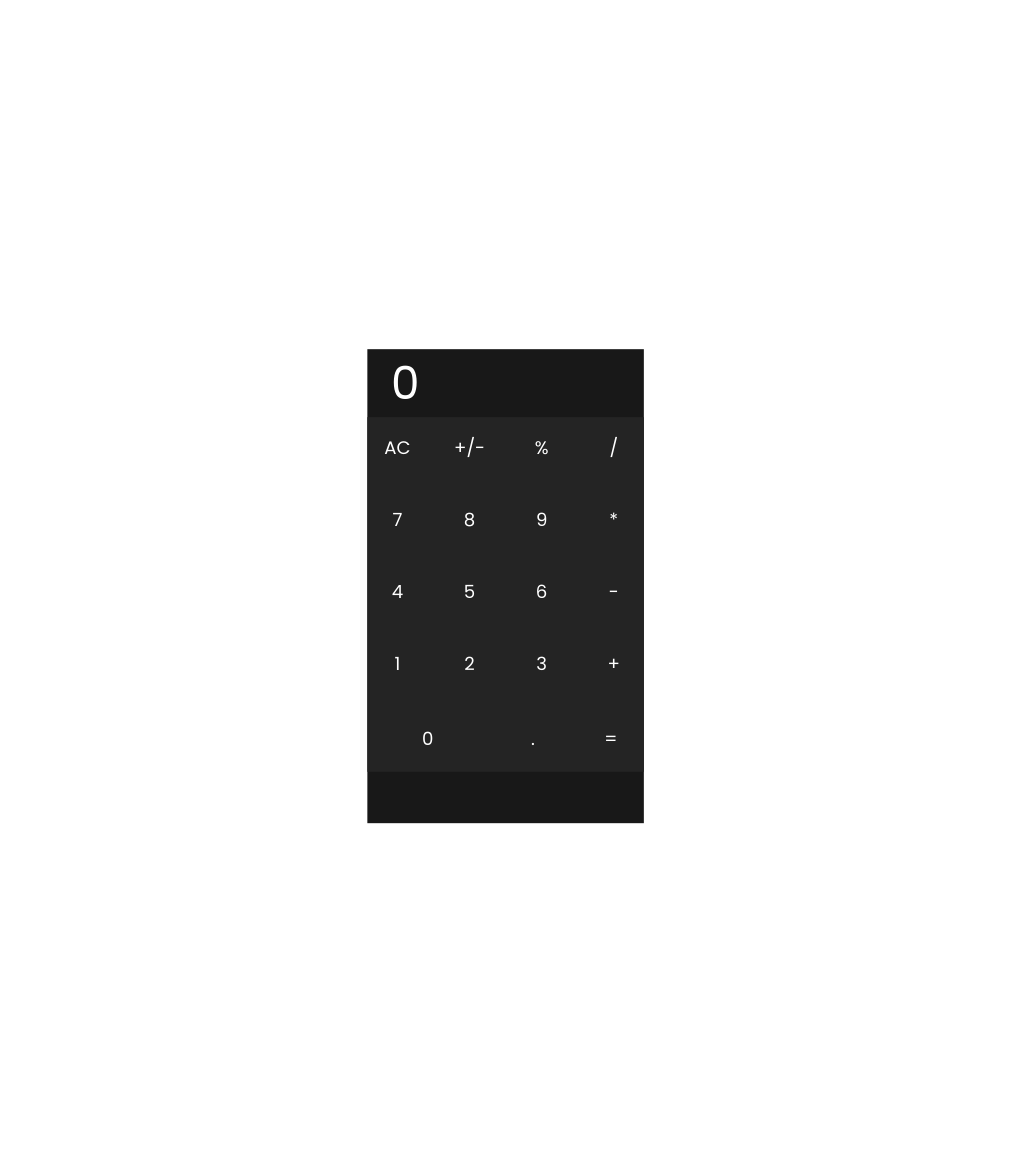
Repository: minhtien9/Calculator
Page: /
The author's editor kept a copy of each file at every save. The page is drawn from the files as they stood at one save, then again after the next save.
The browser window is 1280 px wide. The pictures show the whole page, at 79% of full size.
The project was rebuilt for these pictures with package versions that can differ from the ones it lists, and the page was loaded fresh each time. Also part of the build but not shown: src/App.css.

Above is the page before, as saved 2022-07-21 18:38:16.

After the next save:
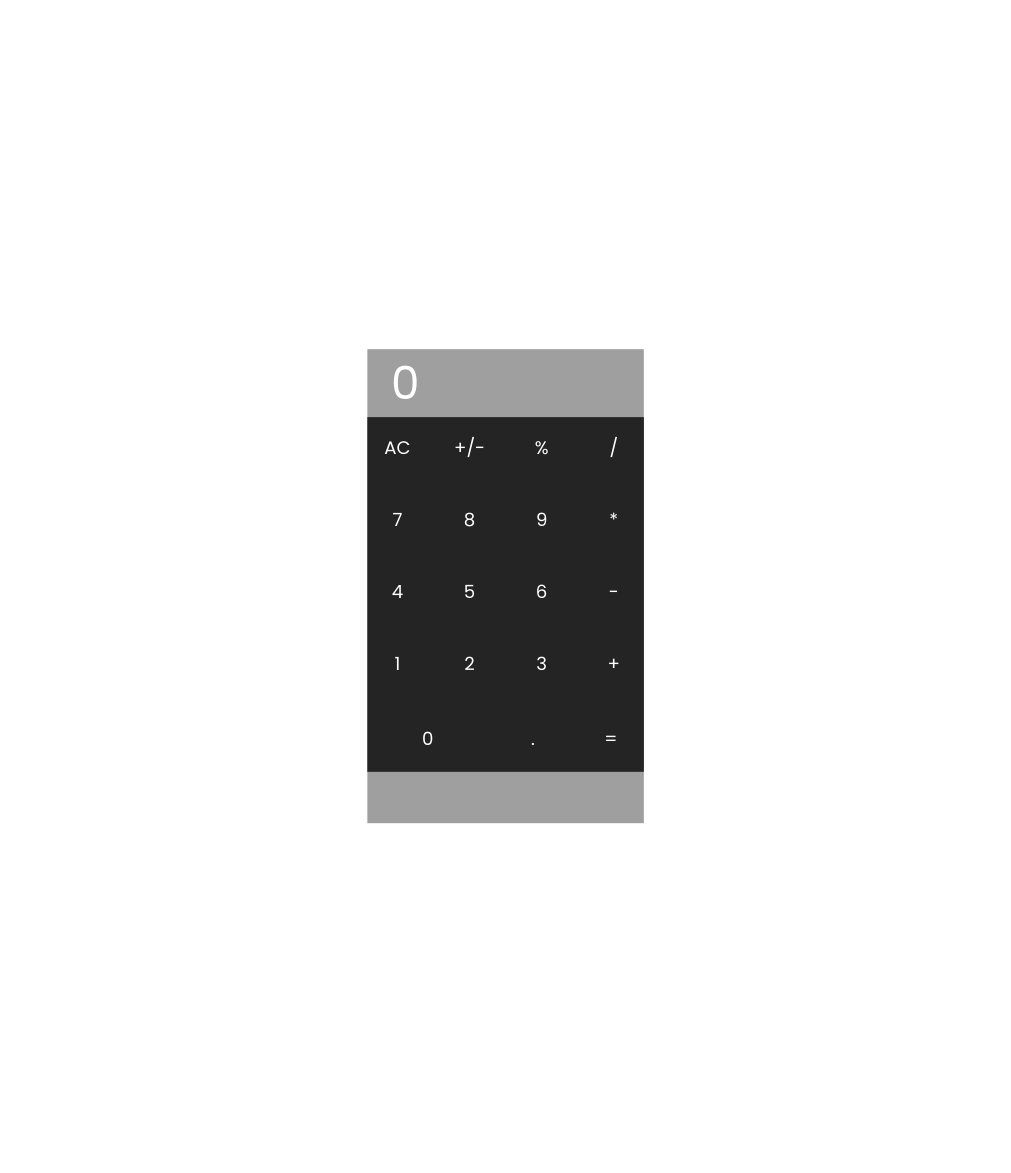
Saved 69 s later.
--- a/src/Components/Caculator.scss
+++ b/src/Components/Caculator.scss
@@ -15,7 +15,7 @@
     width: 350px;
     height: 600px;
     margin: 35% auto;
-    background-color: rgb(24, 24, 24);
+    background-color: #9f9f9f;
 }
 
 .monitor {

After the save that followed:
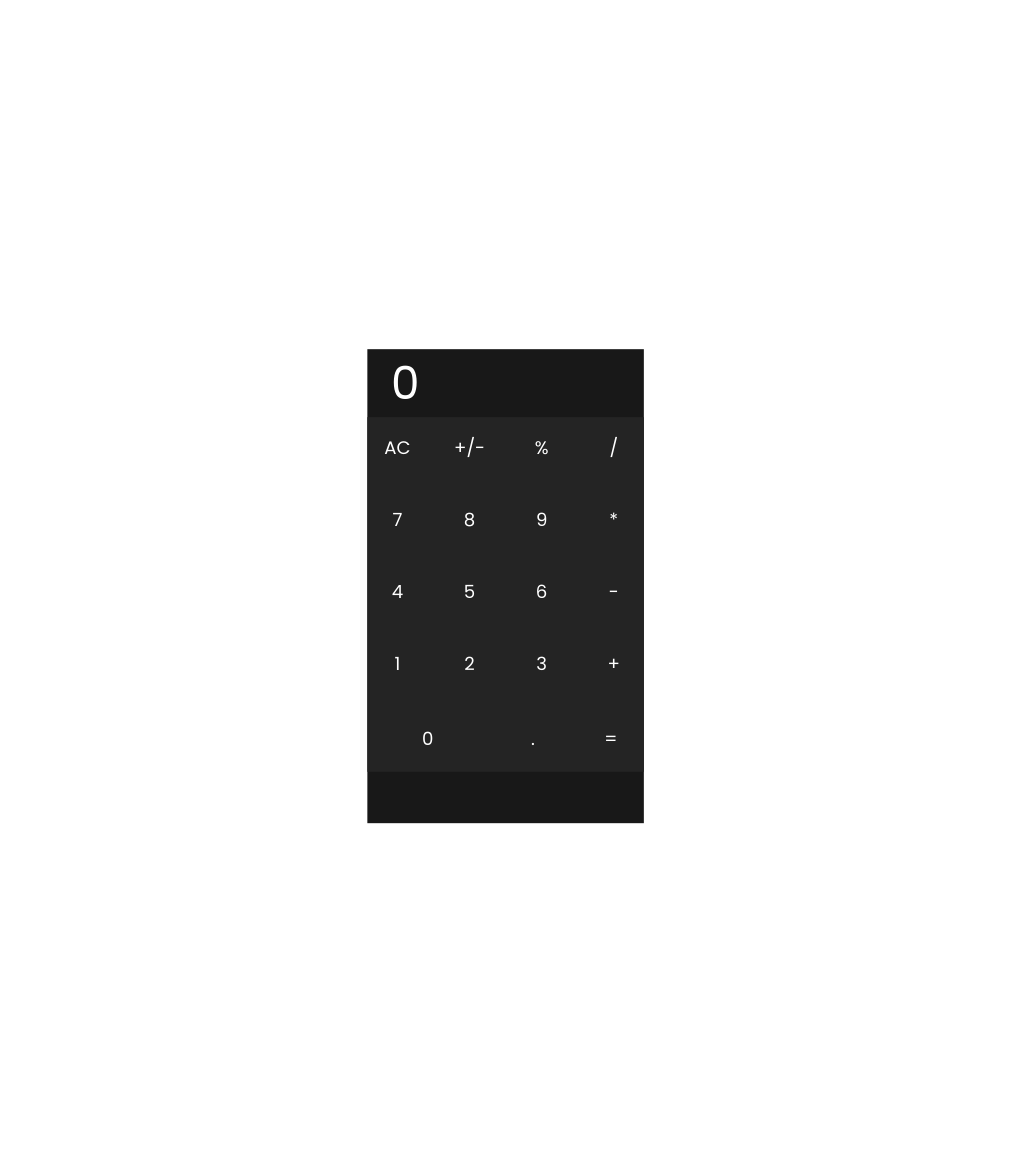
Saved 4 min 52 s later.
--- a/src/Components/Caculator.scss
+++ b/src/Components/Caculator.scss
@@ -15,7 +15,7 @@
     width: 350px;
     height: 600px;
     margin: 35% auto;
-    background-color: #9f9f9f;
+    background-color: rgb(24, 24, 24);
 }
 
 .monitor {
